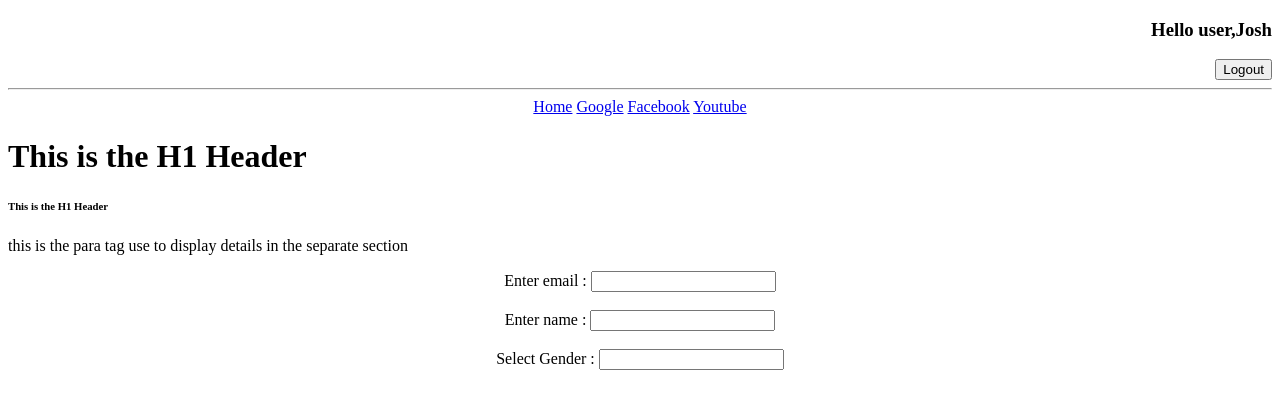
Repository: devandevare/Java
Page: Adv Java/Projects/first-web-app/src/main/webapp/demo.html
An editor plug-in stored every save of this project. The page is shown before and after the next save, followed by the edit.
The browser window is 1280 px wide. The pictures show the whole page.

Above is the page before, as saved 2022-09-25 05:51:23.

After the next save:
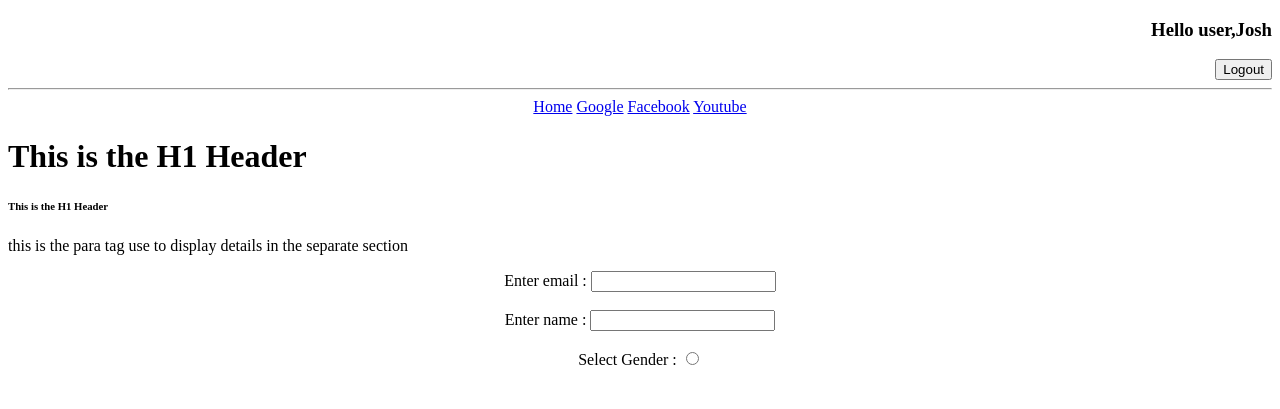
Saved 6 s later.
--- a/Adv Java/Projects/first-web-app/src/main/webapp/demo.html
+++ b/Adv Java/Projects/first-web-app/src/main/webapp/demo.html
@@ -36,7 +36,7 @@
 		<br/>
 		<br/>
 			<label>Select Gender :</label>
-		<input type="text" name="name"> </input>
+		<input type="radio" name="name"> </input>
 		</form>
 		</div>
 
